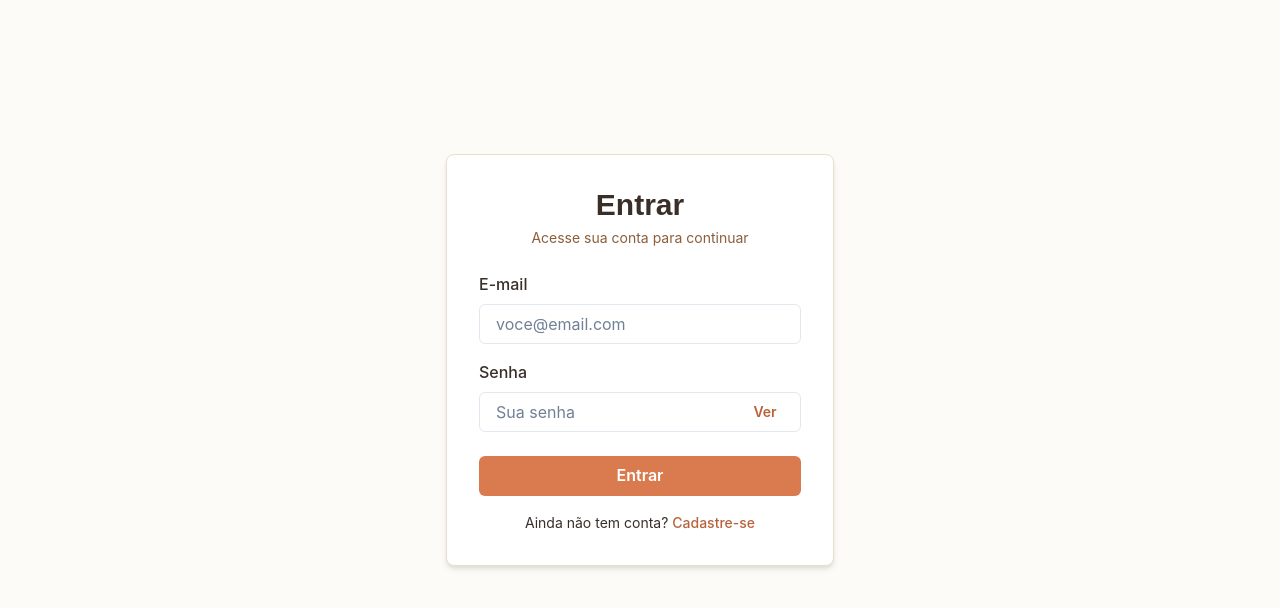
Repository: LuizMXavier/artesao
Page: /login
An editor plug-in stored every save of this project. The page is shown before and after a run of saves, followed by the edit.
The browser window is 1280 px wide. The pictures show the whole page.
The project was rebuilt for these pictures with package versions that can differ from the ones it lists, and the page was loaded fresh each time. The framework's server and built-in components were replaced by stand-ins that run in the browser. Also part of the build but not shown: next.config.ts.

Above is the page before, as saved 2026-09-11 16:46:50.

After the next 4 saves:
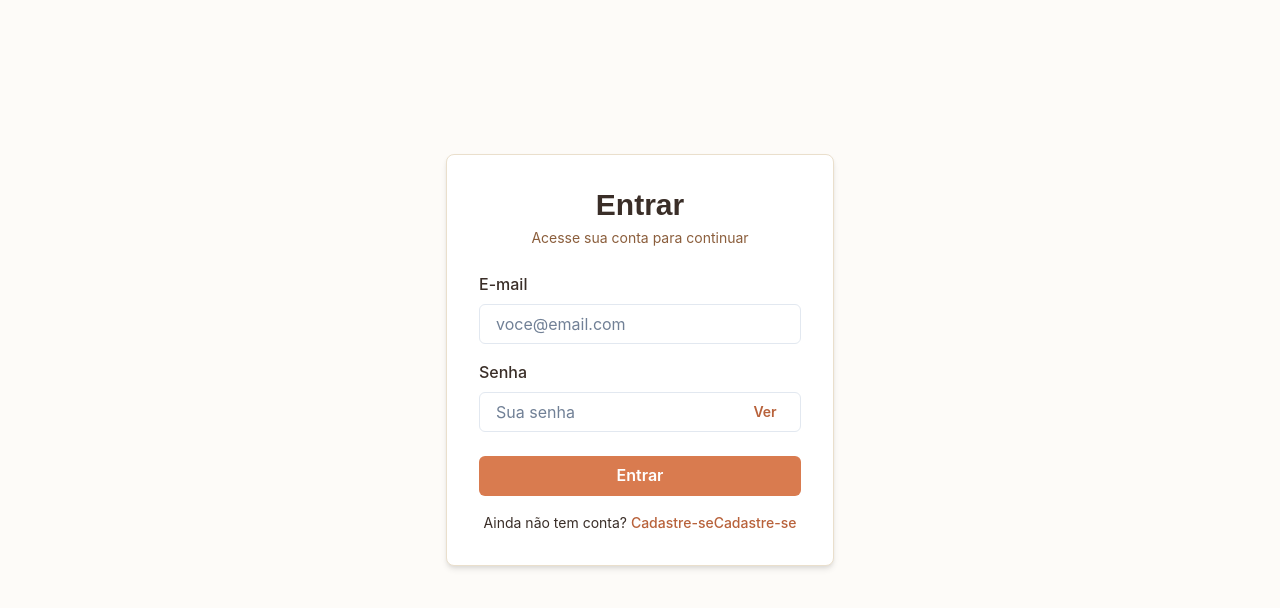
The 4 saves are shown as one change because they came seconds apart.
The last was saved 4 min 18 s later.
--- a/app/login/page.tsx
+++ b/app/login/page.tsx
@@ -160,6 +160,9 @@
                 <ChakraLink as={NextLink} href="/cadastro" color="brand.600" fontWeight="medium">
                   Cadastre-se
                 </ChakraLink>
+                <ChakraLink as={NextLink} href="/cadastro" color="brand.600" fontWeight="medium">
+                  Cadastre-se
+                </ChakraLink>
               </Text>
             </VStack>
           </form>

After the 2 saves that followed:
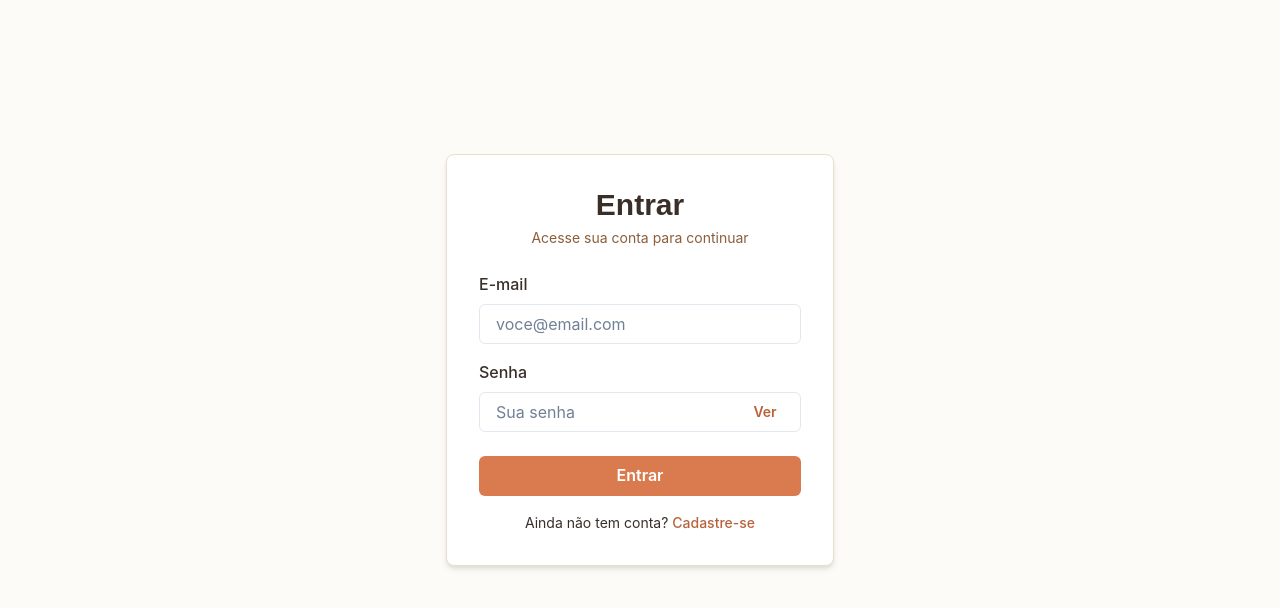
The 2 saves are shown as one change because 1 left the picture as it was.
The last was saved 38 s later.
--- a/app/login/page.tsx
+++ b/app/login/page.tsx
@@ -160,9 +160,6 @@
                 <ChakraLink as={NextLink} href="/cadastro" color="brand.600" fontWeight="medium">
                   Cadastre-se
                 </ChakraLink>
-                <ChakraLink as={NextLink} href="/cadastro" color="brand.600" fontWeight="medium">
-                  Cadastre-se
-                </ChakraLink>
               </Text>
             </VStack>
           </form>
